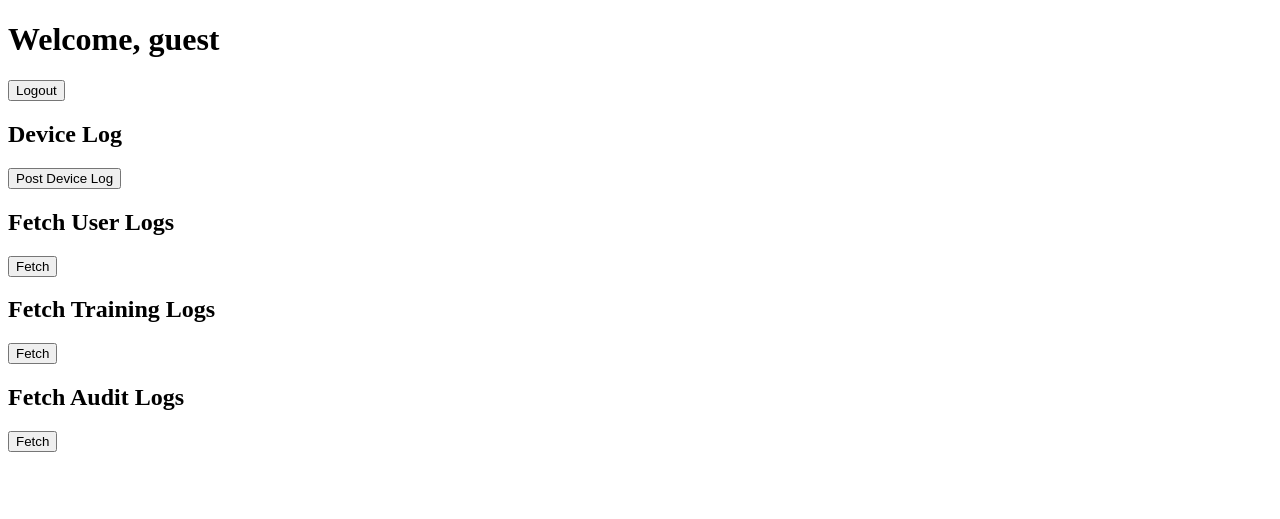
Repository: im-ysh/VPN_office_dashboard
Page: vpn-backend/src/main/webapp/dashboard.html
An editor plug-in stored every save of this project. The page is shown before and after the next save, followed by the edit.
The browser window is 1280 px wide. The pictures show the whole page.
After loading, the first visible `button[onclick="fetchUserLogs()"]` was clicked once.
The page's requests for data from a server got no answer.

Above is the page before, as saved 2025-07-14 17:47:53.

### vpn-backend/src/main/webapp/dashboard.html
<!DOCTYPE html>
<html lang="en">
<head>
    <meta charset="UTF-8">
    <title>VPN Dashboard - Dashboard</title>
    <script>
        const baseURL = "http://100.90.249.20:8080/vpn-backend";
        const username = localStorage.getItem("username") || "guest";

        async function fetchUserLogs() {
            const response = await fetch(`${baseURL}/fetch-user-logs?username=${encodeURIComponent(username)}`);
            const data = await response.json();
            document.getElementById("userLogs").innerText = JSON.stringify(data, null, 2);
        }

        async function fetchTrainingLogs() {
            const response = await fetch(`${baseURL}/fetch-training-logs?username=${encodeURIComponent(username)}`);
            const data = await response.json();
            document.getElementById("trainingLogs").innerText = JSON.stringify(data, null, 2);
        }

        async function fetchAuditLogs() {
            const response = await fetch(`${baseURL}/fetch-audit-logs`);
            const data = await response.json();
            document.getElementById("auditLogs").innerText = JSON.stringify(data, null, 2);
        }

        async function postDeviceLog() {
            const log = prompt("Enter log data:");
            if (!log) return;
            const response = await fetch(`${baseURL}/logs`, {
                method: 'POST',
                headers: {'Content-Type': 'application/x-www-form-urlencoded'},
                body: `username=${encodeURIComponent(username)}&log_data=${encodeURIComponent(log)}`
            });
            const data = await response.json();
            alert(data.message);
        }

        function logout() {
            localStorage.clear();
            window.location.href = "login.html";
        }
    </script>
</head>
<body>
<h1>Welcome, <span id="user"></span></h1>
<button onclick="logout()">Logout</button>

<h2>Device Log</h2>
<button onclick="postDeviceLog()">Post Device Log</button>

<h2>Fetch User Logs</h2>
<button onclick="fetchUserLogs()">Fetch</button>
<pre id="userLogs"></pre>

<h2>Fetch Training Logs</h2>
<button onclick="fetchTrainingLogs()">Fetch</button>
<pre id="trainingLogs"></pre>

<h2>Fetch Audit Logs</h2>
<button onclick="fetchAuditLogs()">Fetch</button>
<pre id="auditLogs"></pre>

<script>
    document.getElementById("user").innerText = username;
</script>
</body>
</html>

After the next save:
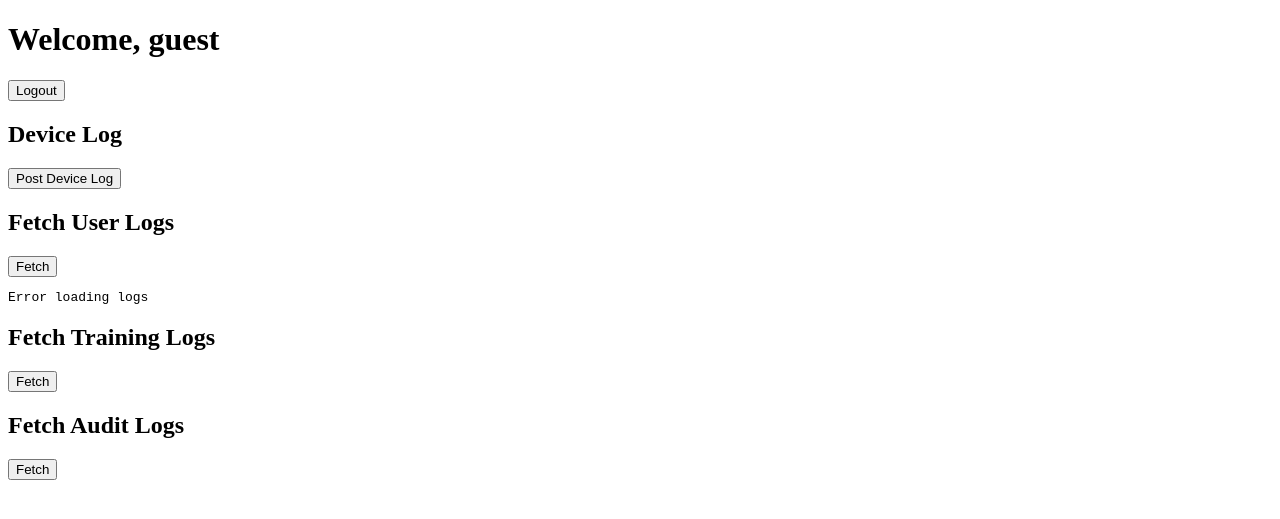
Console error: TypeError: Cannot read properties of null (reading 'addEventListener')
Saved 9 min 45 s later.
--- a/vpn-backend/src/main/webapp/dashboard.html
+++ b/vpn-backend/src/main/webapp/dashboard.html
@@ -4,27 +4,55 @@
     <meta charset="UTF-8">
     <title>VPN Dashboard - Dashboard</title>
     <script>
-        const baseURL = "http://100.90.249.20:8080/vpn-backend";
-        const username = localStorage.getItem("username") || "guest";
+    const baseURL = "http://100.90.249.20:8080/vpn-backend";
+    const username = localStorage.getItem("username") || "guest";
 
-        async function fetchUserLogs() {
-            const response = await fetch(`${baseURL}/fetch-user-logs?username=${encodeURIComponent(username)}`);
-            const data = await response.json();
-            document.getElementById("userLogs").innerText = JSON.stringify(data, null, 2);
-        }
+    // Add CORS mode to all fetch requests
+    const fetchOptions = {
+      mode: 'cors',
+      credentials: 'include'
+    };
 
-        async function fetchTrainingLogs() {
-            const response = await fetch(`${baseURL}/fetch-training-logs?username=${encodeURIComponent(username)}`);
-            const data = await response.json();
-            document.getElementById("trainingLogs").innerText = JSON.stringify(data, null, 2);
-        }
+    async function fetchUserLogs() {
+      try {
+        const response = await fetch(`${baseURL}/fetch-user-logs?username=${encodeURIComponent(username)}`, fetchOptions);
+        const data = await response.json();
+        document.getElementById("userLogs").innerText = JSON.stringify(data, null, 2);
+      } catch (error) {
+        console.error("Fetch error:", error);
+        document.getElementById("userLogs").innerText = "Error loading logs";
+      }
+    }
 
-        async function fetchAuditLogs() {
-            const response = await fetch(`${baseURL}/fetch-audit-logs`);
-            const data = await response.json();
-            document.getElementById("auditLogs").innerText = JSON.stringify(data, null, 2);
-        }
+    // Similar updates for other fetch functions
+    async function fetchTrainingLogs() {
+      try {
+        const response = await fetch(`${baseURL}/fetch-training-logs?username=${encodeURIComponent(username)}`, fetchOptions);
+        const data = await response.json();
+        document.getElementById("trainingLogs").innerText = JSON.stringify(data, null, 2);
+      } catch (error) {
+        console.error("Fetch error:", error);
+        document.getElementById("trainingLogs").innerText = "Error loading logs";
+      }
+    }
 
+    async function fetchAuditLogs() {
+      try {
+        const response = await fetch(`${baseURL}/fetch-audit-logs`, fetchOptions);
+        const data = await response.json();
+        document.getElementById("auditLogs").innerText = JSON.stringify(data, null, 2);
+      } catch (error) {
+        console.error("Fetch error:", error);
+        document.getElementById("auditLogs").innerText = "Error loading logs";
+      }
+    }
+
+    // Make sure buttons are properly bound
+    document.addEventListener('DOMContentLoaded', function() {
+      document.getElementById("fetchUserBtn").addEventListener("click", fetchUserLogs);
+      document.getElementById("fetchTrainingBtn").addEventListener("click", fetchTrainingLogs);
+      document.getElementById("fetchAuditBtn").addEventListener("click", fetchAuditLogs);
+    });
         async function postDeviceLog() {
             const log = prompt("Enter log data:");
             if (!log) return;
